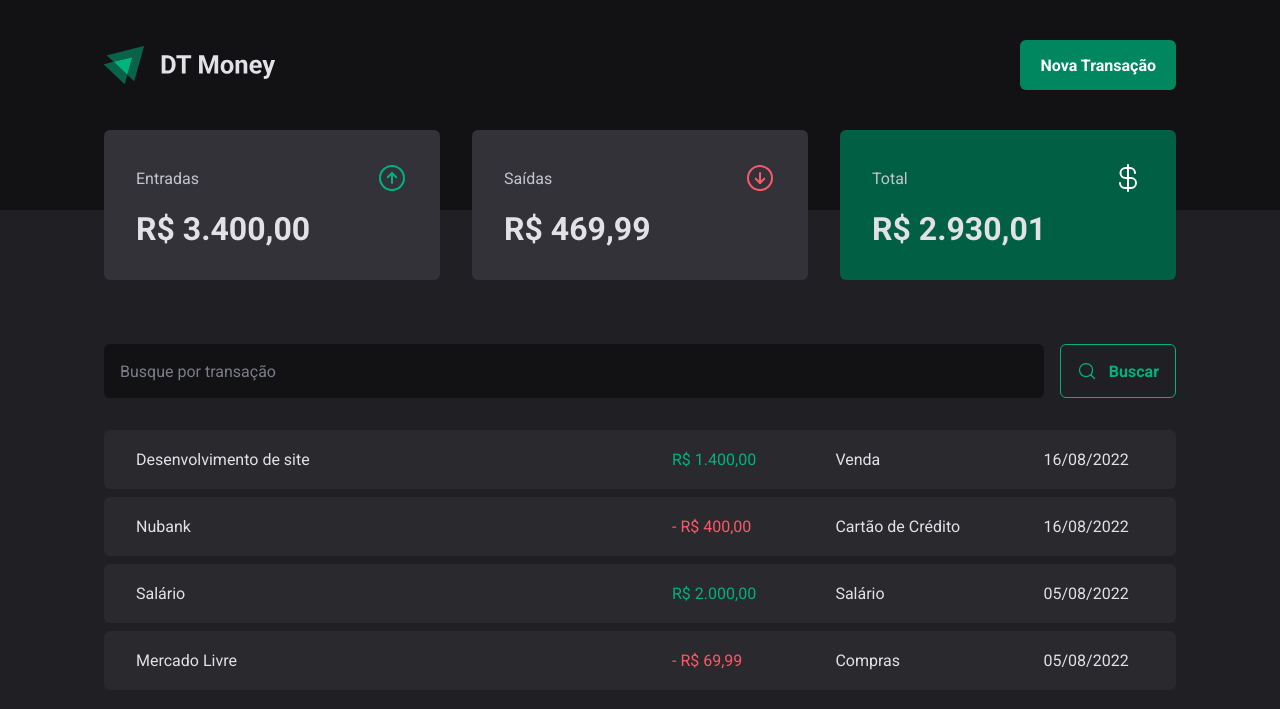
Repository: guilhermecardoso93/dtmoney-reactjs-ignite
Page: /
These files come from the project's save history. The page is drawn as it stood at one moment and after the next save; the edit follows.
The browser window is 1280 px wide. The pictures show the whole page.
The project was rebuilt for these pictures with package versions that can differ from the ones it lists, and the page was loaded fresh each time. Requests to the local data server were answered from the project's data file. Also part of the build but not shown: vite.config.ts.

Above is the page before, as saved 2022-08-16 21:38:10.

After the next save:
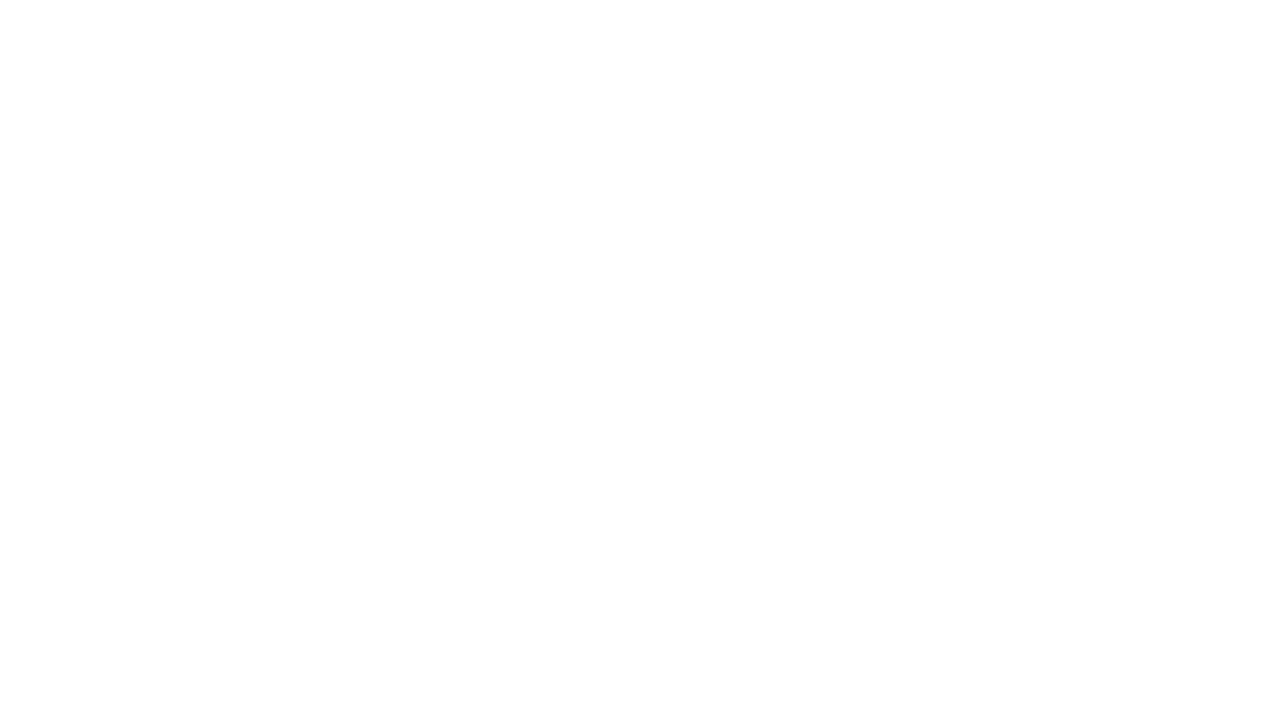
Console error: TypeError: Cannot read properties of undefined (reading 'income')
Saved 55 s later.
--- a/src/components/Summary/index.tsx
+++ b/src/components/Summary/index.tsx
@@ -1,30 +1,12 @@
 import { ArrowCircleDown, ArrowCircleUp, CurrencyDollar } from "phosphor-react";
 import { useContext } from "react";
 import { TransactionsContext } from "../../contexts/TransactionsContext";
+import { useSammary } from "../../hooks/useSummary";
 import { priceFormatter } from "../../utils/formatter";
 import { SummaryCard, SummaryContainer } from "./styles";
 
 export function Summary() {
-  const { transactions } = useContext(TransactionsContext);
-
-  const summary = transactions.reduce(
-    (acc, transaction) => {
-      if (transaction.type === "income") {
-        acc.income += transaction.price;
-        acc.total += transaction.price;
-      } else {
-        acc.outcome += transaction.price;
-        acc.total -= transaction.price;
-      }
-      return acc;
-    },
-    {
-      income: 0,
-      outcome: 0,
-      total: 0,
-    }
-  );
-
+  const summary = useSammary()
   return (
     <SummaryContainer>
       <SummaryCard>

After the save that followed:
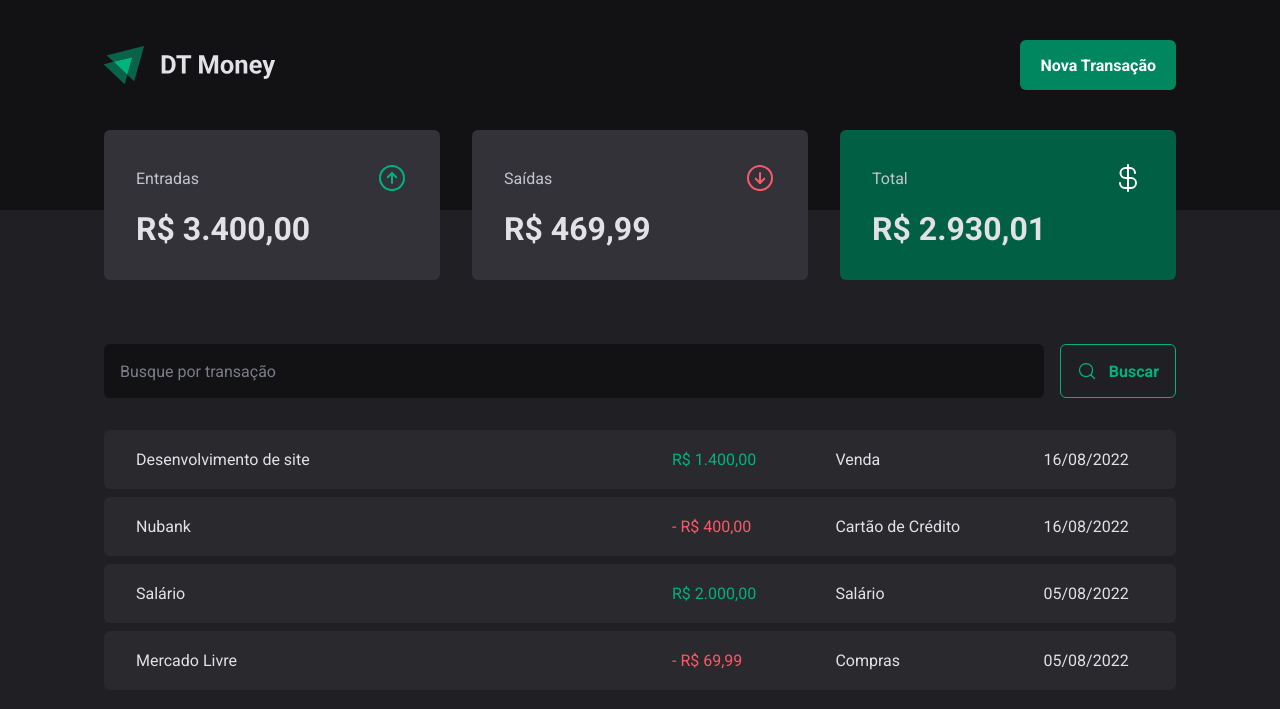
The error is gone.
Saved 2 s later.
--- a/src/hooks/useSummary.ts
+++ b/src/hooks/useSummary.ts
@@ -21,4 +21,6 @@ export function useSammary() {
       total: 0,
     },
   );
+
+  return summary;
 }
